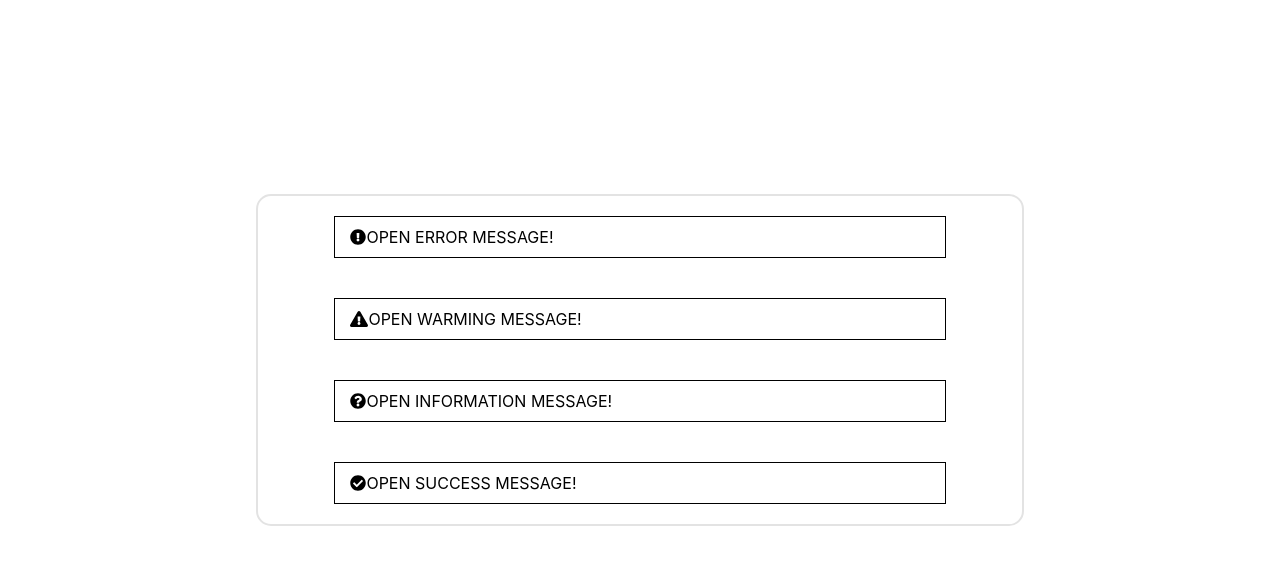
Repository: KrzysKolo/sr_tydzien5_zad2
Page: /
An editor plug-in stored every save of this project. The page is shown before and after the next save, followed by the edit.
The browser window is 1280 px wide. The pictures show the whole page.
The project was rebuilt for these pictures with package versions that can differ from the ones it lists, and the page was loaded fresh each time.

Above is the page before, as saved 2020-12-21 17:14:32.

### public/index.html
<!DOCTYPE html>
<html lang="en">
  <head>
    <meta charset="utf-8" />
    <link rel="icon" href="%PUBLIC_URL%/favicon.ico" />
    <meta name="viewport" content="width=device-width, initial-scale=1" />
    <meta name="theme-color" content="#000000" />
    <meta
      name="description"
      content="Web site created using create-react-app"
    />
    <link rel="apple-touch-icon" href="%PUBLIC_URL%/logo192.png" />
    <!--
      manifest.json provides metadata used when your web app is installed on a
      user's mobile device or desktop. See https://developers.google.com/web/fundamentals/web-app-manifest/
    -->
    <link rel="manifest" href="%PUBLIC_URL%/manifest.json" />
    <!--
      Notice the use of %PUBLIC_URL% in the tags above.
      It will be replaced with the URL of the `public` folder during the build.
      Only files inside the `public` folder can be referenced from the HTML.

      Unlike "/favicon.ico" or "favicon.ico", "%PUBLIC_URL%/favicon.ico" will
      work correctly both with client-side routing and a non-root public URL.
      Learn how to configure a non-root public URL by running `npm run build`.
    -->
    <title>Zad 2 - snackbar</title>
  </head>
  <body>
    <noscript>You need to enable JavaScript to run this app.</noscript>
    <div id="root"></div>
    <!--
      This HTML file is a template.
      If you open it directly in the browser, you will see an empty page.

      You can add webfonts, meta tags, or analytics to this file.
      The build step will place the bundled scripts into the <body> tag.

      To begin the development, run `npm start` or `yarn start`.
      To create a production bundle, use `npm run build` or `yarn build`.
    -->
  </body>
</html>

### src/App.js
import React from 'react';
import Buttons from './components/Buttons';
import './App.css';
const App = () => {
  return (
    <div className="wrapper--btn">
      <Buttons />
    </div>
  )
}

export default App;

### src/components/Buttons.js
import React from 'react';
import PaletColors from './../colors/PaletColors';
import ButtonsData from './../data/ButtonsData';
import Button from './Button';

const Buttons = () => {
    return (
        <>
            {ButtonsData.map(button =>
                <Button key={button.id} bgc={button.color} data={button} />
            )}
        </>
    )
}

export default Buttons;

### src/App.css
* {
  box-sizing: border-box;
  margin: 0;
  position: relative;
}
body {
  width: 100vw;
  height: 100vh;
  display: flex;
  flex-direction: row;
  justify-content: center;
  align-items: center;
}
.wrapper--btn {
  border: 2px solid #e3e3e3;
  border-radius: 15px;
  width: 60vw;
  display: flex;
  flex-direction: column;
  justify-content: center;
  align-items: center;
}
.btn {
  border: 1px solid black;
  padding: 10px 15px;
  margin: 20px;
  width: 80%;
}

### src/colors/PaletColors.js
const PaletColors = {
    "red": "rgb(244, 67, 54)",
    "orange": "rgb(255, 152, 0)",
    "blue": "rgb(33, 150, 243)",
    "green": "rgb(76, 175, 80)",
    "maroon": "rgb(124, 0, 0)",
    "navy": "rgb(44, 44, 96)",
    "white": "rgb(240, 239, 244)",
    "black": "rgb(0, 0, 0)",
};

  export default PaletColors;

### src/data/ButtonsData.js
const ButtonsData = [
    {
      id: 0,
      name: "OPEN ERROR MESSAGE!",
      event: "handleClickError",
      color: "PaletColor.red",
      icon: "faExclamationCircle"
    },
    {
      id: 1,
      name: "OPEN WARMING MESSAGE!",
      event: "handleClickWarming",
      color: "PaletColor.orange",
      icon: "faExclamationTriangle",
    },
    {
      id: 2,
      name: "OPEN INFORMATION MESSAGE!",
      event: "handleClickInformation",
      color: "PaletColor.blue",
      icon: "faQuestionCircle",
    },
    {
      id: 3,
      name: "OPEN SUCCESS MESSAGE!",
      event: "handleClickSuccess",
      color: "PaletColor.green",
      icon: "faCheckCircle",
    },

  ]
 export default ButtonsData;

### src/components/Button.js
import React from 'react';
import Icons from './Icons';
import PaletColors from './../colors/PaletColors';

const Button = ({data, bgc}) => {

    return (
        <div className="btn" style={{ backgroundColor: {bgc}}} onClick={data.event}>
            <Icons icon={data.icon}/>
             {data.name}
        </div>
    )
}

export default Button;

### src/components/Icons.js
import React from 'react';
import { FontAwesomeIcon } from '@fortawesome/react-fontawesome';
import { faCheckCircle, faQuestionCircle, faExclamationTriangle, faExclamationCircle } from '@fortawesome/free-solid-svg-icons';

const Icons = ({icon}) => {

        switch (icon) {
            case 'faExclamationCircle': return <FontAwesomeIcon icon={faExclamationCircle} />;
            case 'faExclamationTriangle': return <FontAwesomeIcon icon={faExclamationTriangle} />;
            case 'faQuestionCircle': return <FontAwesomeIcon icon={faQuestionCircle} />;
            case 'faCheckCircle': return <FontAwesomeIcon icon={faCheckCircle} />;
            default: return null;
            }



}

export default Icons;

Loaded but not shown: src/index.js (common file); src/index.css (common file)

After the next save:
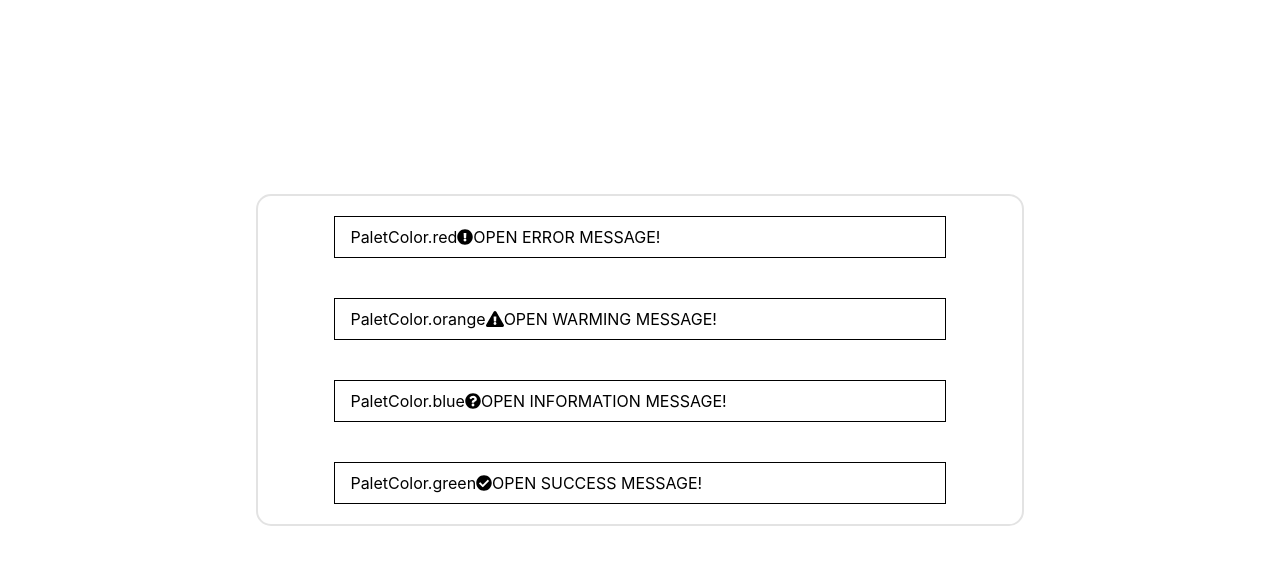
Saved 62 s later.
--- a/src/components/Button.js
+++ b/src/components/Button.js
@@ -5,7 +5,7 @@ import PaletColors from './../colors/PaletColors';
 const Button = ({data, bgc}) => {
 
     return (
-        <div className="btn" style={{ backgroundColor: {bgc}}} onClick={data.event}>
+        <div className="btn" style={{ backgroundColor: {bgc}}} onClick={data.event}>{bgc}
             <Icons icon={data.icon}/>
              {data.name}
         </div>
